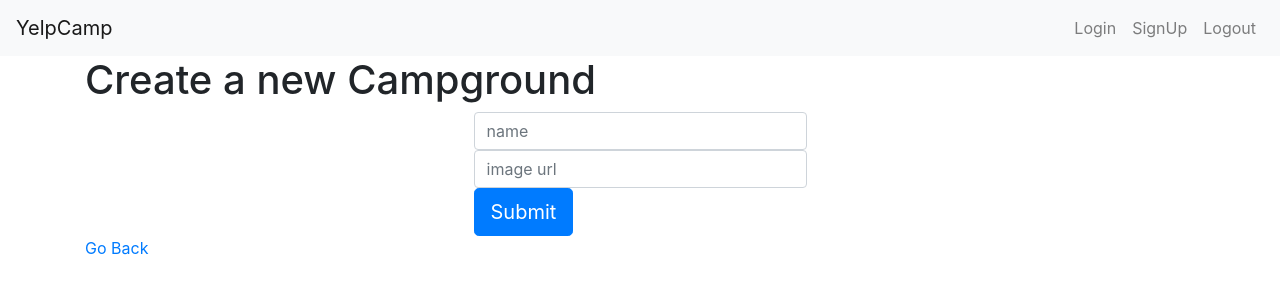
Repository: ninad1999/Yelp-Camp
Page: http://localhost/campgrounds/new
The author's editor kept a record of every edit. The page is drawn from the files as they stood at one moment, then again after the next edit.
The browser window is 1280 px wide. The pictures show the whole page.
The page is served by the project's Node server (V1/app.js).

Above is the page before.

### workspace/V1/views/new.ejs
<% include partials/header %>

<div class="container">
    <!--<div class="row">-->
        <h1>Create a new Campground</h1>
        <div style="width: 30%; margin: 0 auto">
            <form action="/campgrounds" method="POST">
                <input class="form-control" type="text" name="name" placeholder="name">
                <input class="form-control" type="text" name="image" placeholder="image url">
                <button class="btn btn-lg btn-primary">Submit</button>
            </form>
        </div>

        <a href="/campgrounds">Go Back</a>
    <!--</div>-->
</div>

<% include partials/footer %>

### workspace/V1/views/partials/header.ejs
<!DOCTYPE html>
<html>
    <head>
        <title>YelpCamp</title>
        <link rel="stylesheet" href="https://stackpath.bootstrapcdn.com/bootstrap/4.1.3/css/bootstrap.min.css">
    </head>
    <body>
        <nav class="navbar navbar-expand-lg navbar-light bg-light">
          <a class="navbar-brand" href="\">YelpCamp</a>
          <button class="navbar-toggler" type="button" data-toggle="collapse" data-target="#navbarSupportedContent" aria-controls="navbarSupportedContent" aria-expanded="false" aria-label="Toggle navigation">
            <span class="navbar-toggler-icon"></span>
          </button>

          <div class="collapse navbar-collapse" id="navbarSupportedContent">
            <ul class="navbar-nav mr-auto">
            </ul>
            <ul class="navbar-nav navbar-right">
                <li class="nav-item">
                    <a class="nav-link" href="#">Login</a>
                </li>
                <li class="nav-item">
                    <a class="nav-link" href="#">SignUp</a>
                </li>
                <li class="nav-item">
                    <a class="nav-link" href="#">Logout</a>
                </li>
            </ul>
          </div>
        </nav>

### workspace/V1/app.js
var express = require("express");
var app = express();
var bodyParser = require("body-parser");

app.use(bodyParser.urlencoded({extended: true}));
app.set("view engine", "ejs");

var campgrounds = [
   {name: "Salmon Creek", image: "https://farm8.staticflickr.com/7564/16034358725_fe2dde7f2e.jpg"},
   {name: "Granite Hill", image: "https://farm4.staticflickr.com/3146/2980811752_4b0df9d215.jpg"},
   {name: "Mountain Goat's Rest", image: "https://farm4.staticflickr.com/3832/9603531635_e348167e39.jpg"},
   {name: "Salmon Creek", image: "https://farm8.staticflickr.com/7564/16034358725_fe2dde7f2e.jpg"},
   {name: "Granite Hill", image: "https://farm4.staticflickr.com/3146/2980811752_4b0df9d215.jpg"},
   {name: "Mountain Goat's Rest", image: "https://farm4.staticflickr.com/3832/9603531635_e348167e39.jpg"},
   {name: "Salmon Creek", image: "https://farm8.staticflickr.com/7564/16034358725_fe2dde7f2e.jpg"},
   {name: "Granite Hill", image: "https://farm4.staticflickr.com/3146/2980811752_4b0df9d215.jpg"},
   {name: "Mountain Goat's Rest", image: "https://farm4.staticflickr.com/3832/9603531635_e348167e39.jpg"}
   ];

app.get("/", function(req, res) {
   res.render("landing");
});

// to diplay all the campgrounds
app.get("/campgrounds", function(req, res) {
    res.render("campgrounds", {campgrounds: campgrounds});
});

// post route where you can create a new campgrounds
app.post("/campgrounds", function(req, res) {
   var name = req.body.name;
   var image = req.body.image;
   var newCampground = {name:name, image:image};
   campgrounds.push(newCampground);

   res.redirect("/campgrounds");
});

// this route should show the route that will send the data to the post route
app.get("/campgrounds/new", function(req, res) {
    res.render("new");
});

app.listen(process.env.PORT, process.env.IP, function() {
    console.log("The YelpCamp server has started!");
});

Loaded but not shown: workspace/V1/views/partials/footer.ejs (common file)

After the next edit:
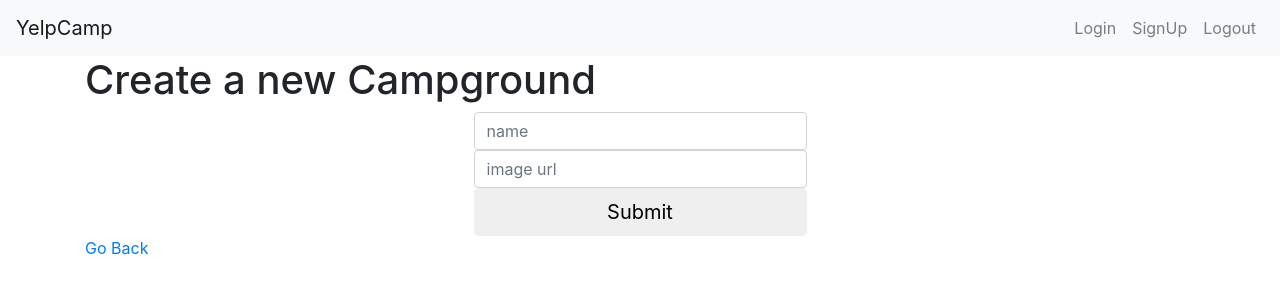
The edit:
--- a/workspace/V1/views/new.ejs
+++ b/workspace/V1/views/new.ejs
@@ -7,7 +7,7 @@
             <form action="/campgrounds" method="POST">
                 <input class="form-control" type="text" name="name" placeholder="name">
                 <input class="form-control" type="text" name="image" placeholder="image url">
-                <button class="btn btn-lg btn-primary">Submit</button>
+                <button class="btn btn-lg btn-default btn-block">Submit</button>
             </form>
         </div>
 
